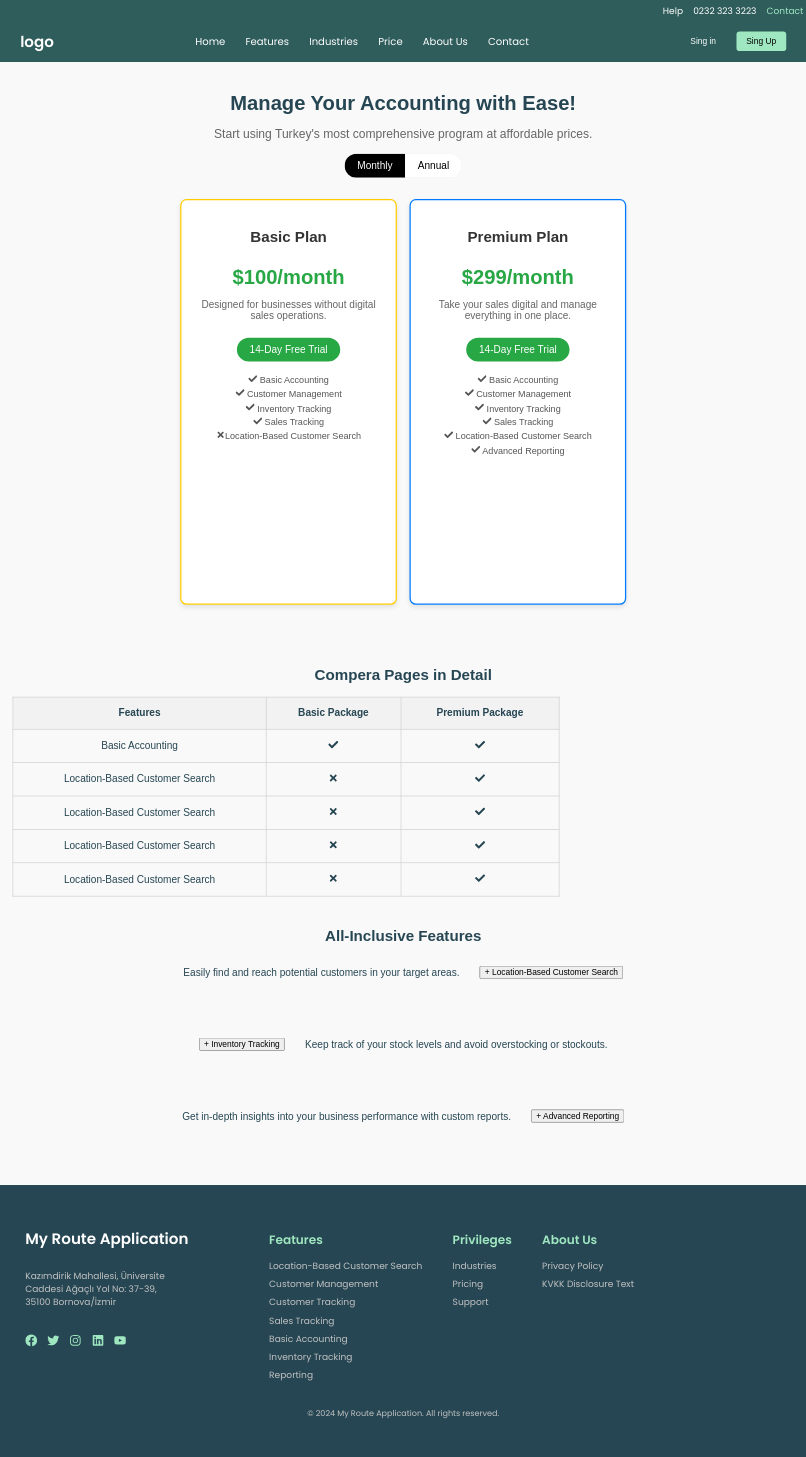
Repository: senolinanyasar/myrouteapplication
Page: /pricing
These files come from the project's save history. The page is drawn as it stood at one moment and after the next save; the edit follows.
The browser window is 1280 px wide. The pictures show the whole page, at 63% of full size.
The project was rebuilt for these pictures with package versions that can differ from the ones it lists, and the page was loaded fresh each time. Also part of the build but not shown: vite.config.js, src/components/HeroSection.css, src/components/HeroSection.js, src/components/FeaturesSection.js, src/components/PricingSection.css, src/components/PricingSection.js, src/components/SupportSection.css, src/components/SupportSection.js and 3 more.

Above is the page before, as saved 2024-11-16 21:44:17.

### src/index.css
@import url('https://fonts.googleapis.com/css2?family=Poppins:wght@400;600&display=swap');

body {
  font-family: 'Poppins', sans-serif;
  color: #264653;
  background-color: #f1faee;
  margin: 0;
  padding: 0;
  box-sizing: border-box;
}

code {
  font-family: source-code-pro, Menlo, Monaco, Consolas, 'Courier New',
    monospace;
}

### src/App.js
import React from 'react';
import { BrowserRouter as Router, Route, Routes } from 'react-router-dom';
import Header from './components/Header';
import HomePage from './components/HomePage';
import PricingPage from './components/PricingPage';
import TopBar from './components/TopBar';
import Footer from './components/Footer';


function App() {
  return (
    <Router>
      <TopBar/>
      <Header />
      <Routes>
        <Route path='/' element={<HomePage />} />
        <Route path='/pricing' element={<PricingPage />} />

      </Routes>
      <Footer/>
    </Router>

  );
}

export default App;

### src/components/Header.js
// Header.js
import React from 'react';
import './Header.css';
import { Link } from 'react-router-dom';

const Header = () => {
    return (
        <header className="header">
            <div className="header-logo">logo</div>
            <nav className="header-nav">

                    <Link to="/">Home</Link>
                    <Link to="/features">Features</Link>
                    <Link to="/industries">Industries</Link>
                    <Link to="/pricing">Price</Link>
                    <Link to="/aboutus">About Us</Link>
                    <Link to="/contact">Contact</Link>



            </nav>
            <div className="header-buttons">
                <button className="login-button">Sing in</button>
                <button className="register-button">Sing Up</button>
            </div>
        </header>
    );
};


export default Header;

### src/components/PricingPage.js
// PricingPage.js

import React, { useState } from "react";
import './PricingPage.css';
import { FaCheck, FaTimes } from "react-icons/fa";


const PricingPage = () => {
    const [isAnnual, setIsAnnual] = useState(false);

    return (
        <section className="pricing-page">
            <div className="pricing-header">
                <h1>Manage Your Accounting with Ease!</h1>
                <p>Start using Turkey's most comprehensive program at affordable prices.</p>
                <div className="toggle-buttons">
                    <button
                        className={`toggle-btn ${!isAnnual ? "active" : ""}`}
                        onClick={() => setIsAnnual(false)}
                    >
                        Monthly
                    </button>
                    <button
                        className={`toggle-btn ${isAnnual ? "active" : ""}`}
                        onClick={() => setIsAnnual(true)}
                    >
                        Annual
                    </button>
                </div>
            </div>
            <div className="pricing-plans">
                <div className="plan basic-plan">
                    <h3>Basic Plan</h3>
                    <p className="price">
                        {isAnnual ? "$1,000/year" : "$100/month"}
                    </p>
                    <p className="subtext">
                        Designed for businesses without digital sales operations.
                    </p>
                    <button className="try-button">14-Day Free Trial</button>
                    <ul>
                        <li><FaCheck /> Basic Accounting</li>
                        <li><FaCheck /> Customer Management</li>
                        <li><FaCheck /> Inventory Tracking</li>
                        <li><FaCheck /> Sales Tracking</li>
                        <li><FaTimes className="not-included" />Location-Based Customer Search</li>
                    </ul>
                </div>
                <div className="plan premium-plan">
                    <h3>Premium Plan</h3>
                    <p className="price">
                        {isAnnual ? "$3,000/year" : "$299/month"}
                    </p>
                    <p className="subtext">
                        Take your sales digital and manage everything in one place.
                    </p>
                    <button className="try-button">14-Day Free Trial</button>

                    <ul>
                        <li><FaCheck /> Basic Accounting</li>
                        <li><FaCheck /> Customer Management</li>
                        <li><FaCheck /> Inventory Tracking</li>
                        <li><FaCheck /> Sales Tracking</li>
                        <li><FaCheck /> Location-Based Customer Search</li>
                        <li><FaCheck /> Advanced Reporting</li>
                    </ul>
                </div>
            </div>


            <div className="comparison-table">
                <h2>Compera Pages in Detail</h2>
                <table>
                    <thead>
                        <tr>
                            <th>Features</th>
                            <th>Basic Package</th>
                            <th>Premium Package</th>
                        </tr>
                    </thead>
                    <tbody>
                        <tr>
                            <td>Basic Accounting</td>
                            <td><FaCheck /></td>
                            <td><FaCheck /></td>
                        </tr>
                        <tr>
                            <td>Location-Based Customer Search</td>
                            <td><FaTimes className="not-included" /></td>
                            <td><FaCheck /></td>
                        </tr>
                        <tr>
                            <td>Location-Based Customer Search</td>
                            <td><FaTimes className="not-included" /></td>
                            <td><FaCheck /></td>
                        </tr>
                        <tr>
                            <td>Location-Based Customer Search</td>
                            <td><FaTimes className="not-included" /></td>
                            <td><FaCheck /></td>
                        </tr>
                        <tr>
                            <td>Location-Based Customer Search</td>
                            <td><FaTimes className="not-included" /></td>
                            <td><FaCheck /></td>
                        </tr>
                    </tbody>
                </table>
            </div>

            <div className="features-expand">
                <h2> All-Inclusive Features</h2>
                <div className="feature">
                    <button className="feature-toggle">+ Location-Based Customer Search</button>
                    <p className="feature-description">Easily find and reach potential customers in your target areas.</p>
                </div>
                <div className="feature">
                    <button className="feature-toggle">+  Inventory Tracking</button>
                    <p className="feature-description">Keep track of your stock levels and avoid overstocking or stockouts.</p>
                </div>
                <div className="feature">
                    <button className="feature-toggle">+ Advanced Reporting</button>
                    <p className="feature-description">Get in-depth insights into your business performance with custom reports.</p>
                </div>
            </div>
        </section>
    );

};

export default PricingPage;

### src/components/TopBar.js
// TopBar.js
import React from 'react';
import './TopBar.css';

const TopBar = () => {
    return (
        <div className="top-bar">
            <div className="top-bar-content">
                <span>Help</span>
                <span>0232 323 3223</span>
                <a href="#contact">Contact</a>
            </div>
        </div>
    );
};

export default TopBar;

### src/components/Footer.js
// Footer.js

import React from 'react';
import './Footer.css';
import { FaFacebook, FaInstagram, FaLinkedin, FaTwitter, FaYoutube } from 'react-icons/fa';

const Footer = () => {
    return (
        <footer className="footer">
            <div className='footer-content'>
                <div className='footer-left'>
                    <div className='footer-logo'>
                        <h2>My Route Application</h2>
                    </div>
                    <p>Kazımdirik Mahallesi, Üniversite <br />Caddesi Ağaçlı Yol No: 37-39, <br />35100 Bornova/İzmir</p>
                    <div className='social-icons'>
                        <FaFacebook />
                        <FaTwitter />
                        <FaInstagram />
                        <FaLinkedin />
                        <FaYoutube />
                    </div>
                </div>

                <div className="footer-right">
                <br/><br/><br/><br/>
                    <div className='footer-section'>
                        <h4>Features</h4>
                        <ul>
                            <li>Location-Based Customer Search</li>
                            <li>Customer Management</li>
                            <li>Customer Tracking</li>
                            <li>Sales Tracking</li>
                            <li>Basic Accounting</li>
                            <li>Inventory Tracking</li>
                            <li>Reporting</li>
                        </ul>
                    </div>

                    <div className="footer-section">
                        <h4>Privileges</h4>
                        <ul>
                            <li>Industries</li>
                            <li>Pricing</li>
                            <li>Support</li>
                        </ul>
                    </div>

                    <div className="footer-section">
                        <h4>About Us</h4>
                        <ul>
                            <li>Privacy Policy</li>
                            <li>KVKK Disclosure Text</li>
                        </ul>
                    </div>
                </div>
            </div>

            <div className="footer-bottom">
                <p>&copy; 2024 My Route Application. All rights reserved.</p>
            </div>
        </footer>
    );
};

export default Footer;

### src/components/Header.css
/* Header.css */
.header{
    display: flex;
    justify-content: space-between;
    align-items: center;
    padding: 1rem 2rem;
    background-color: #2f5d5b;
    color: white;
    margin-top: 2rem;
    position: sticky;
    top: 2rem;
    z-index: 999;
}


.header-logo {
    font-size: 1.5rem;
    font-weight: bold;
}
.header-nav a{
    margin: 0 1rem;
    color: white;
    text-decoration: none;
}
.header-nav a:hover {
    color: #e9c46a;
  }

.header-buttons button{
    margin-left: 1rem;
    padding: 0.5rem 1rem;
    border: none;
    border-radius: 5px;
}

.login-button{
    background-color: #2f5d5b;
    color: white;
}

.register-button{
    background-color: #9fe7c0;
    color: black;
}

### src/components/PricingPage.css
/* PricingPage.css */

.pricing-page{
    font-family: "Arial",sans-serif;
    padding: 20px;
    text-align: center;
    background-color: #f9f9f9;
    text-align: center;
}

.pricing-header{
    text-align: center;
    margin-bottom: 30px;
}
.pricing-header h1{
    font-size: 2rem;
    font-weight: bold;
    margin-bottom: 10px;
}

.pricing-header p{
    margin-bottom: 20px;
    color: #666;
    font-size: 1.2rem;
}

.toggle-buttons{
    display: inline-block;
    background-color: #e9e9e9;
    border-radius: 20px;
    overflow: hidden;
}

.toggle-btn{
    padding: 10px 20px;
   font-size: 1rem;
    cursor: pointer;
    color: #000;
    border: none;
    background:  #fff;
    transition: all 0.3s;
}
.toggle-buttons .active{
    background-color: #000;
    color: #fff;
}

.pricing-plans{
    display: flex;
    justify-content: center;
    gap: 20px;
    margin-top: 30px;
    align-items: center;

}

.plan {
    background: #fff;
    border: 1px solid #ddd;
    border-radius: 10px;
    padding: 20px;
    width: 300px;
    height: 600px;
    margin-bottom: 50px;
    text-align: center;
    transition: transform 0.3s ease;
    box-shadow: 0px 4px 8px rgba(0, 0, 0, 0.1);
}

.plan:hover{
    transform: scale(1.05);
}
.plan h3{
    font-size: 1.5rem;
    color: #333;
    margin-bottom: 10px;
}

.plan .price{
    font-size: 2rem;
    font-weight: bold;
    color: #28a745;
    margin-bottom: 10px;
}

.plan .subtext{
    font-size: 1rem;
    color: #666;
    margin-bottom: 15px;
}



.plan ul{
    list-style: none;
    padding: 0;
    margin-top: 20px;
}

.plan ul li{
    color: #555;
    font-size: 0.9rem;
    margin-bottom: 5px;
}

.try-button{
    background: #28a745;
    color: #fff;
    padding: 10px 20px;
    border: none;
    border-radius: 20px;
    cursor: pointer;
    font-size: 1rem;
    margin-top: 10px;
    transition: transform 0.3s ease;
}

.try-button:hover{
    background: #218838;
}
.basic-plan{
    border: 2px solid #ffcc00;
}
.premium-plan{
    border: 2px solid #007bff;
}
.comparison-table{
    margin-top: 3rem;
    text-align: center;
}

.comparison-table table{

    width: 70%;
    border-collapse: collapse;
}

.comparison-table th,
.comparison-table td{
    padding: 1rem;
    border: 1px solid #ccc
}

.comparison-table th{
    background-color: #f2f2f2;
}

.comparison-table td{
    text-align: center;
}

.features-expand{
    margin-top: 3rem;
}

.feture{
    margin-top: 1rem;
}


.feture-toggle{
    background: none;
    border: none;
    font-size: 1rem;
    font-weight: bold;
    color: #2a9d8f;
    cursor: pointer;
    display: block;
    text-align: left;
    padding: 0.5rem;
}

.feture-description{
    display: none;
    color: #6d6d6d;
    font-size: 0.9rem;
    margin-top: 0.5rem;
}

.feture-toggle:focus + .feture-description,
.feture-toggle:hover + .feture-description{
    display: block;
}

### src/components/TopBar.css
/* TopBar.css */

.top-bar {
    background-color: #2f5d5b;
    color: white;
    padding: 0.5rem;
    font-size: 0.9rem;
    display: flex;
    justify-content: center;
    position: fixed;
    top: 0;
    width: 99%;
    z-index: 1000;
}
.top-bar-content {
    display: flex;
    gap: 1rem;
    align-items: center;
    justify-content: flex-end;
    width: 100%;
}

.top-bar-content span{
    color: #ffffff;
}
.top-bar-content a{
    color: #9fe7c0;
    text-decoration: none;
    transition: color 0.3s;
}

.top-bar-content a:hover{
    color: #c3f2d0;
}

### src/components/Footer.css
/* Footer.css */

.footer {
    background-color: #264653;
    color: #ffffff;
    padding: 3rem 2rem;
}
.footer-content{
    display: flex;
    max-width: 1200px;
    justify-content: space-around;
    margin: 0 auto;
}

.footerleft{
    flex: 1;
    max-width: 300px;
}

.footer-logo h2{
    font-size: 1.5rem;
    color: #ffffff;
    margin-bottom: 2rem;
}


.footer-left p{
    color: #c3c3c3;
    font-size: 0.9rem;
    margin-bottom: 2.5rem;
}

.social-icons{
    display: flex;
    gap: 1rem;
    font-size: 1.2rem;
}


.social-icons svg{
    color: #9fe7c0;
    cursor: pointer;
    transition: color 0.3s ease;
}
.social-icons svg:hover {
    color: #c3f2d0;
}

.footer-right{
    display: flex;
    gap: 3rem;
    flex: 2;
    margin-left: 5rem;
}

.footer-section{
    text-align: left;
}
.footer-section h4{
    font-size: 1.2rem;
    color: #9fe7c0;
    margin-bottom: 1rem;
}
.footer-section ul{
    list-style: none;
    padding: 0;
    margin: 0;

}

.footer-section ul li{
    font-size: 0.9rem;
    margin-bottom: 0.5rem;
    color: #c3c3c3;
    cursor: pointer;
    transition: color 0.3s ease;
}

.footer-sectionul li:hover{
    color: #ffffff;
}

.footer-bottom{
    text-align: center;
    font-size: 0.8rem;
    color: #c3c3c3;
    margin-top: 2rem;
}

### src/components/FeaturesSection.css
/* FeaturesSection.css */
.features-section {
    padding: 4rem 2rem;
    text-align: center;
}

.features-title {
    font-size: 2rem;
    font-weight: 600;
    color: #264653;
    margin-bottom: 3rem;
    line-height: 1.2;
}



.feature {
    display: flex;
    align-items: center;
    justify-content: center;
    gap: 2rem;
    margin-bottom: 4rem;
    flex-direction: row;
}

.feature:nth-child(even) {
    flex-direction: row-reverse;
}

.feature-text {
    flex: 1;
    max-width: 500px;
    text-align: left;
}

.features h3 {
    font-size: 1.8rem;
    font-weight: 600;
    color: #264653;
    margin-bottom: 1rem;
}

.feature-text p {
    font-size: 1.1rem;
    color: #6d6d6d;
    margin-bottom: 1.5rem;
}

.cta-button {
    padding: 0.8rem 1.5rem;
    font-size: 1rem;
    color: #2f5d5b;
    background-color: #9fe7c0;
    border: none;
    border-radius: 5px;
    cursor: pointer;
    transition: background-color 0.3s ease;
    text-align: center;
}

.cta-button:hover {
    background-color: #c3f2d0;
}

.feature-image {
    flex: 1;
    max-width: 400px;
    height: auto;
}

.feature-image img {
    width: 100%;
    height: auto;
    object-fit: cover;
    border-radius: 10px;
}

Loaded but not shown: public/index.html (common file); src/index.js (common file); src/reportWebVitals.js (common file)

After the next save:
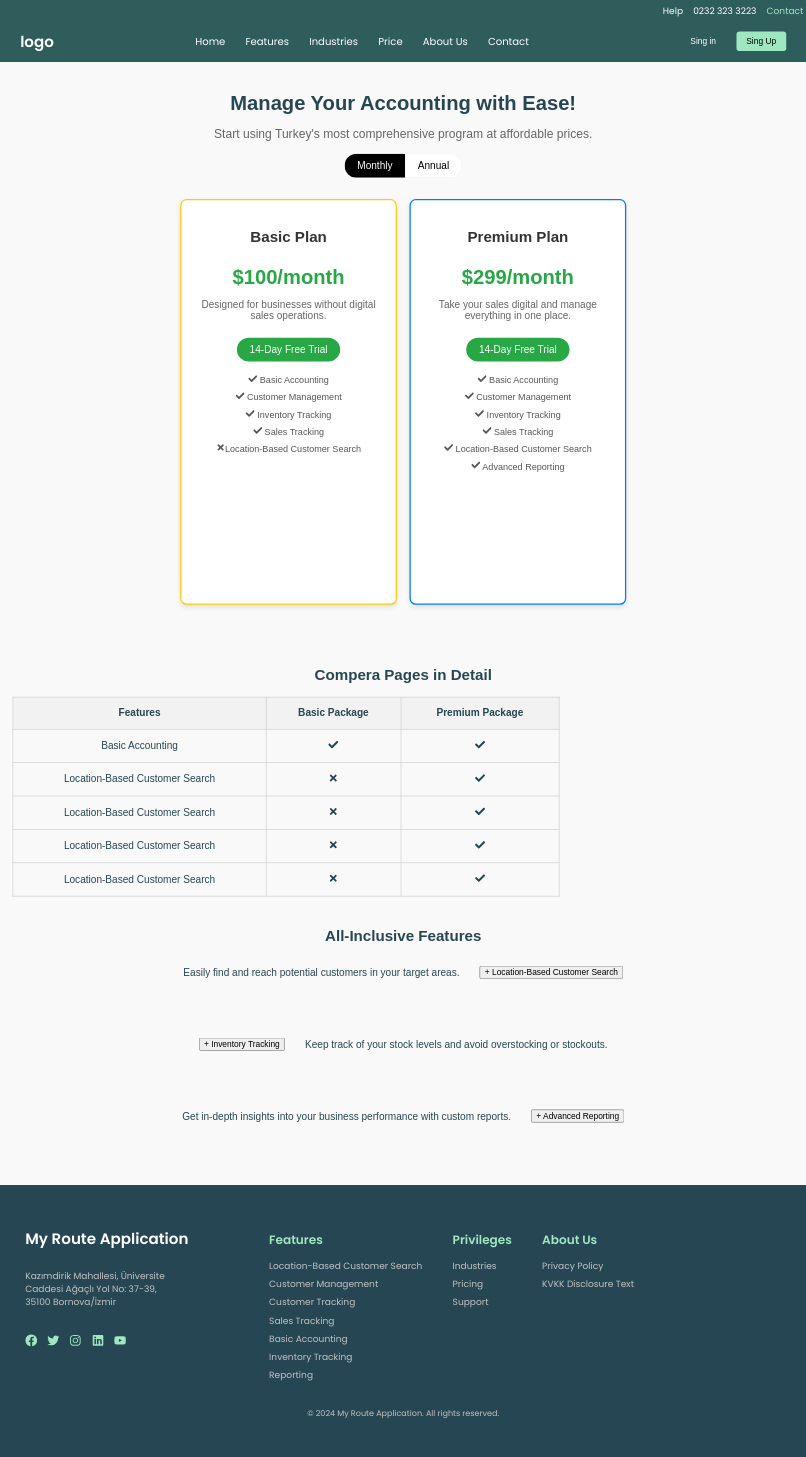
Saved 23 s later.
--- a/src/components/PricingPage.css
+++ b/src/components/PricingPage.css
@@ -100,7 +100,7 @@
 .plan ul li{
     color: #555;
     font-size: 0.9rem;
-    margin-bottom: 5px;
+    margin-bottom: 10px;
 }
 
 .try-button{
